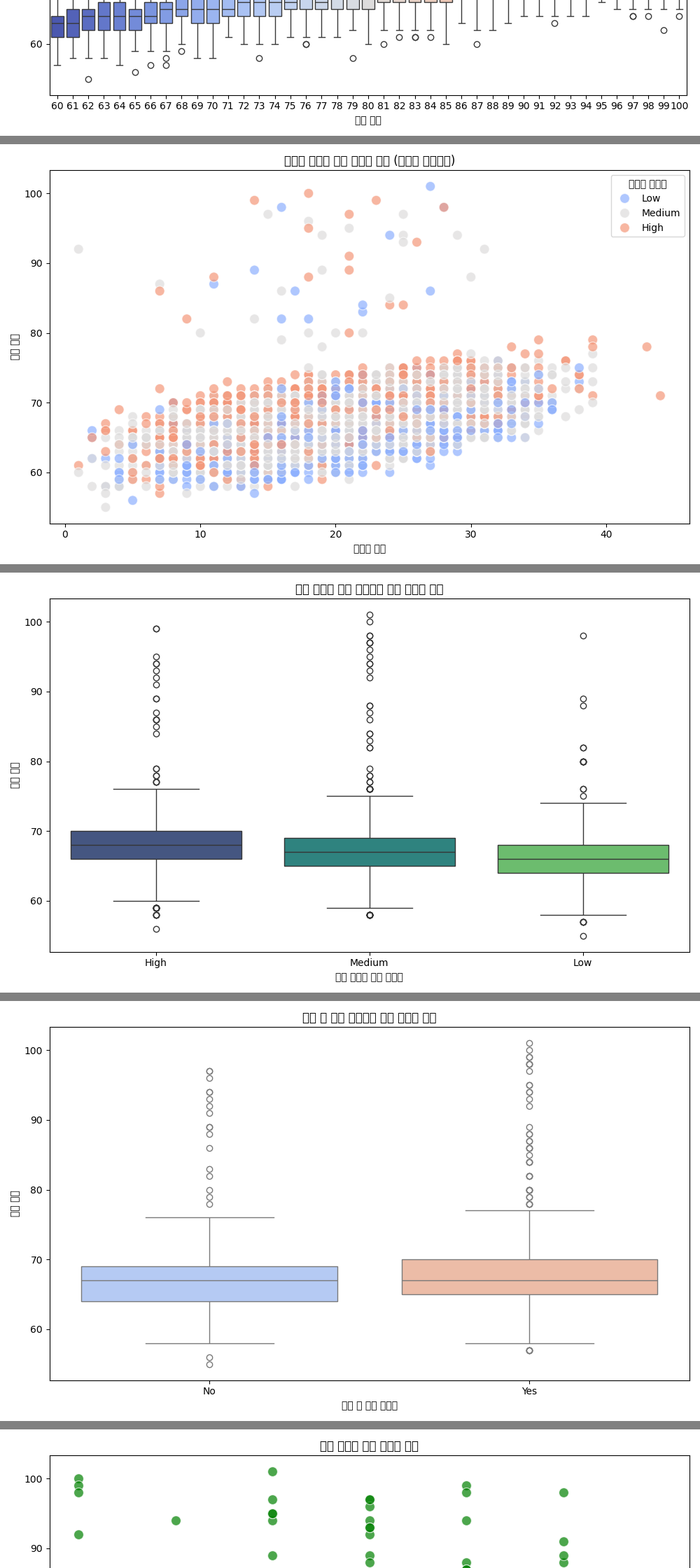
Repository: dldnwls07/BigDataStudy
Script's output: python analyze_data.py
An editor plug-in stored every save of this project. The script's output is shown before and after the next save, followed by the edit.
The pictures show rows 406 to 2646 of an output 4884 px tall, at 70% of full size.
Each picture stacks the figures in order, with grey between them; figures that are only written to a file come last. The script is stopped after its 8th figure. Random numbers start from a fixed seed.

Above is the script's output before, as saved 2025-04-25 11:25:27.

After the next save:
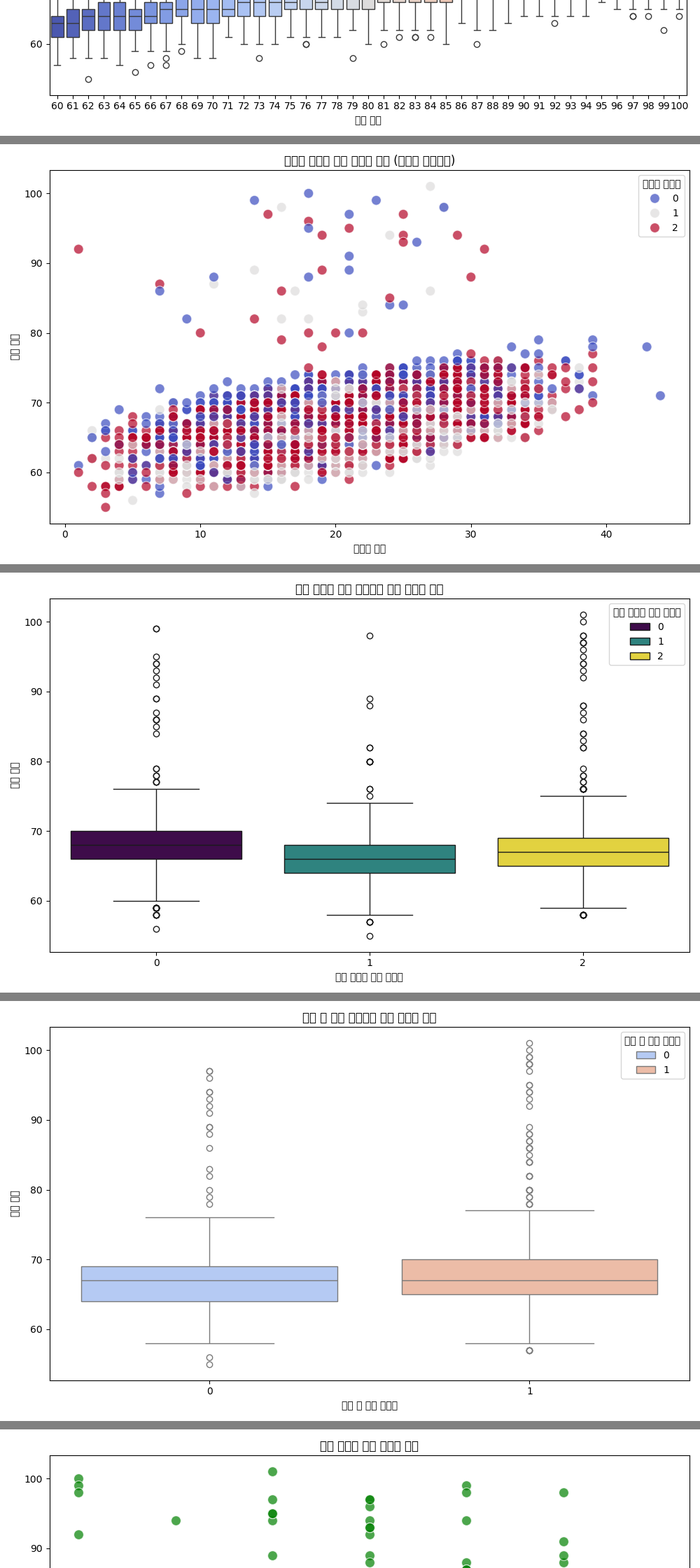
Error: UnboundLocalError: cannot access local variable 'boxprops' where it is not associated with a value
Saved 2 days later.
--- a/analyze_data.py
+++ b/analyze_data.py
@@ -2,6 +2,7 @@ import pandas as pd
 import matplotlib.pyplot as plt
 import matplotlib as mpl
 import seaborn as sns
+from sklearn.preprocessing import LabelEncoder
 
 # 한글 폰트 설정 (Windows의 경우)
 mpl.rc('font', family='Malgun Gothic')
@@ -58,40 +59,17 @@ print(data.describe())
 print("\n결측값 확인:")
 print(data.isnull().sum())
 
-# 문자열 변수를 숫자로 매핑하는 딕셔너리 정의
-motivation_map = {'Low': 0, 'Medium': 1, 'High': 2}
-parental_inv_map = {'Low': 0, 'Medium': 1, 'High': 2}
-resources_map = {'Low': 0, 'Medium': 1, 'High': 2}
-learning_dis_map = {'Yes': 1, 'No': 0}
-internet_access_map = {'Yes': 1, 'No': 0}
-extracurricular_map = {'Yes': 1, 'No': 0}
-income_map = {'Low': 0, 'Medium': 1, 'High': 2}
-teacher_map = {'Low': 0, 'Medium': 1, 'High': 2}
-school_map = {'Public': 0, 'Private': 1}
-peer_map = {'Negative': -1, 'Neutral': 0, 'Positive': 1}
-edu_level_map = {'High School': 0, 'College': 1, 'Postgraduate': 2}
-distance_map = {'Near': 0, 'Moderate': 1, 'Far': 2}
-gender_map = {'Male': 0, 'Female': 1}
-
 # 데이터 전처리: 범주형 변수를 숫자로 변환
-data_encoded = data.copy()
-data_encoded['학습의욕 수준'] = data['학습의욕 수준'].map(motivation_map)
-data_encoded['부모의 참여도'] = data['부모의 참여도'].map(parental_inv_map)
-data_encoded['학습 자원에 대한 접근성'] = data['학습 자원에 대한 접근성'].map(resources_map)
-data_encoded['학습 장애 여부'] = data['학습 장애 여부'].map(learning_dis_map)
-data_encoded['인터넷 접근 여부'] = data['인터넷 접근 여부'].map(internet_access_map)
-data_encoded['방과 후 활동 참여도'] = data['방과 후 활동 참여도'].map(extracurricular_map)
-data_encoded['가정 소득'] = data['가정 소득'].map(income_map)
-data_encoded['교사의 수준'] = data['교사의 수준'].map(teacher_map)
-data_encoded['학교 종류'] = data['학교 종류'].map(school_map)
-data_encoded['또래의 영향'] = data['또래의 영향'].map(peer_map)
-data_encoded['부모의 교육 수준'] = data['부모의 교육 수준'].map(edu_level_map)
-data_encoded['집에서 학교까지의 거리'] = data['집에서 학교까지의 거리'].map(distance_map)
-data_encoded['성별'] = data['성별'].map(gender_map)
+encoder = LabelEncoder()
+
+# 데이터 타입이 'object'인 컬럼만 인코딩
+for col in data.columns:
+    if data[col].dtype == 'object':
+        data[col] = encoder.fit_transform(data[col])
 
 # 상관관계 분석 수정: 인코딩된 데이터 사용
 print("\n수정된 상관관계 분석 (범주형 데이터 인코딩 후):")
-print(data_encoded.corr())
+print(data.corr())
 
 # 시각화와 저장을 처리하는 함수
 def save_plot(plot_func, filename, *args, **kwargs):
@@ -276,7 +254,7 @@ plt.savefig('성별_시험점수_박스플롯.png')
 plt.show()
 
 # 상관 행렬 히트맵 (인코딩된 데이터 사용)
-save_plot(sns.heatmap, '상관관계_히트맵.png', data_encoded.corr(), annot=True, cmap='coolwarm', fmt='.2f', linewidths=0.5)
+save_plot(sns.heatmap, '상관관계_히트맵.png', data.corr(), annot=True, cmap='coolwarm', fmt='.2f', linewidths=0.5)
 
 # 공부한 시간과 시험 점수 간의 산점도 (추가 시각화 - hue 사용)
 save_plot(sns.scatterplot, '공부시간_시험점수_학습의욕수준별_산점도.png', x='공부한 시간', y='시험 점수', hue='학습의욕 수준', data=data, palette='viridis', s=100, alpha=0.7)
